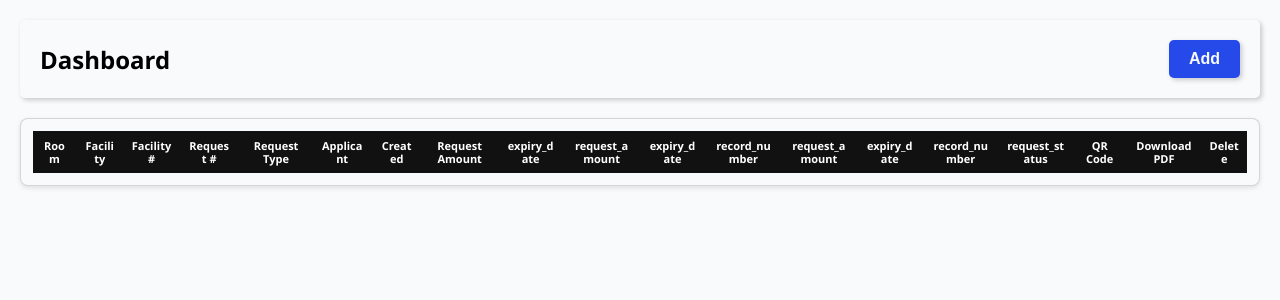
Repository: irfan-shah-sherani/Travel-Tour
Page: public/index.html
These files come from the project's save history. The page is drawn as it stood at one moment and after a run of saves; the edit follows.
The browser window is 1280 px wide. The pictures show the whole page.
The page's requests for data from a server got no answer.

Above is the page before, as saved 2025-07-11 04:54:37.

### public/index.html
<!DOCTYPE html>
<html lang="en">

<head>
  <meta charset="UTF-8" />
  <meta name="viewport" content="width=device-width, initial-scale=1.0" />
  <title>Dashboard</title>
  <link rel="stylesheet" href="index.css" />
  <!-- <link
      rel="stylesheet"
      href="/public/Dashboard.css"
      integrity="sha512-..."
      crossorigin="anonymous"
      referrerpolicy="no-referrer"
    /> -->
</head>

<body>
  <main>
    <!-- main content -->
    <div class="main-content">
      <!-- TOP-nav -->
      <nav class="main-nav">
        <div class="page-name">
          <i class="fas fa-bars"></i>
          <p>Dashboard</p>
        </div>
        <div class="button">
          <button id="addPersonBtn">Add</button>
        </div>
      </nav>

      <!-- main content  end -->
      <div class="table-container">
        <table>
          <tr>
            <th>Room</th>
          <th>Facility</th>
          <th>Facility #</th>
          <th>Request #</th>
          <th>Request Type</th>
          <th>Applicant</th>
          <th>Created</th>
          <th>Request Amount</th>
          <th>expiry_date</th>
          <th>request_amount </th>
          <th>expiry_date</th>
          <th>record_number</th>
          <th>request_amount</th>
          <th>expiry_date</th>
          <th>record_number</th>
          <th>request_status</th>
          <th>QR Code</th>
          <th>Download PDF</th>
          <th>Delete</th>
          </tr>
          <tbody id="person-table-body">
            <!-- JS will populate this -->
          </tbody>
        </table>

        <!-- ✅ Place script here -->
        <script>
  fetch("/api/")
    .then((res) => res.json())
    .then((data) => {
      const tbody = document.getElementById("person-table-body");
      tbody.innerHTML = "";
      data.forEach((record) => {
        const tr = document.createElement("tr");
        tr.innerHTML = `
          <td>${record.record_id}</td>
          <td>${record.room_name}</td>
          <td>${record.facility_name}</td>
          <td>${record.facility_number}</td>
          <td>${record.request_number}</td>
          <td>${record.request_type}</td>
          <td>${record.applicant_name}</td>
          <td>${record.creation_date}</td>
          <td>${record.request_amount}</td>
          <td>${record.expiry_date}</td>
          <td>${record.record_number}</td>
          <td>${record.request_status}</td>
          <td>${record.reference_number}</td>
          <td>${record.passport_number}</td>
          <td>${record.qrcode_url ? `<img src="${record.qrcode_url}" class="qr-img" alt="QR Code">` : "No QR"}</td>
          <td>
            <a href="/api/download-pdf?token=${record.qr_token}">
              <button type="button">Download PDF</button>
            </a>
          </td>
          <td>
            <form action="/delete/${record.qr_token}" method="POST" onsubmit="return confirm('Are you sure you want to delete this record?');">
              <button type="submit">Delete</button>
            </form>
          </td>
        `;

                tbody.appendChild(tr);
              });
            });
        </script>
        </table>
      </div>

      <!-- Trigger Button OUTSIDE -->
      <!-- Add Room Form (initially hidden in CSS or JS) -->
      <div class="add-new add-new-person">
        <h2 class="form-title">Add New Person</h2>
        <form class="person-form" action="/" method="POST">
          <div class="inputForm">
            <!-- Left Side -->
            <div class="left-side">
              <div class="form-group">
                <label for="room_number">Room No </label>
                <input type="text" id="room_number" name="room_number" required />
              </div>

              <div class="form-group">
                <label for="facility_name">Facility Name </label>
                <input type="text" id="facility_name" name="facility_name" required />
              </div>

              <div class="form-group">
                <label for="facility_number">Facility number </label>
                <input type="text" id="facility_number" name="facility_number" required />
              </div>

              <div class="form-group">
                <label for="request_number">Request number </label>
                <input type="number" id="request_number" name="request_number" step="0.01" required />
              </div>

              <div class="form-group">
                <label for="request_type">Request Type</label>
                <input type="text" id="request_type" name="request_type" required />
              </div>
            </div>

            <!-- Center Side -->
            <div class="center-side">
              <div class="form-group">
                <label for="applicant">Applicant</label>
                <input type="text" id="applicant" name="applicant" />
              </div>

              <div class="form-group">
                <label for="created">Created</label>
                <input type="text" id="created" name="created" />
              </div>

              <div class="form-group">
                <label for="amount">Amount</label>
                <input type="text" id="amount" name="amount" />
              </div>

              <div class="form-group">
                <label for="expiry">Expiry</label>
                <input type="text" id="expiry" name="expiry" />
              </div>

              <div class="form-group">
                <label for="record_number">Record number</label>
                <input type="text" id="record_number" name="record_number" />
              </div>
            </div>

            <!-- Right Side -->
            <div class="right-side">
              <div class="form-group">
                <label for="status">Status</label>
                <input type="text" id="status" name="status" />
              </div>

              <div class="form-group">
                <label for="reference_number">Reference number</label>
                <input type="text" id="reference_number" name="reference_number" />
              </div>

              <div class="form-group">
                <label for="passport_number">Passport number</label>
                <input type="text" id="passport_number" name="passport_number" />
              </div>

            </div>
          </div>

          <div class="button-group">
            <button type="button" class="cancelbtn">Cancel</button>
            <button type="submit" class="submit-person-btn">Add Person</button>
          </div>
        </form>
      </div>

    </div>
  </main>
  <script src="index.js"></script>
</body>

</html>

### public/index.css
* {
  margin: 0;
  padding: 0;
  box-sizing: border-box;
}
:root {
  --primary-gradient: linear-gradient(135deg, #667eea 0%, #764ba2 100%);
  --card-shadow: 0 4px 6px rgba(0, 0, 0, 0.1);
  --card-hover-shadow: 0 8px 15px rgba(0, 0, 0, 0.2);
}
body {
  font-family: "Segoe UI", Tahoma, Geneva, Verdana, sans-serif;
  background-color: #f8fafc;
}
main {
  display: flex;
  /* display: flex; */
}
/* .sidebar {
  position: fixed;
  display: flex;
  align-items: center;
  flex-direction: column;
  width: 250px;
  height: 100vh;
  padding: 20px;
  background: var(--primary-gradient);
  border-radius: 10px 0px 0px 10px;
  color: #f8fafc;
}
.cross-icon {
  display: none;
  justify-content: right;
  color: #f8fafc;
  font-size: 2rem;
  cursor: pointer;
}
.logo {
  display: flex;
  align-items: center;
  gap: 10px;
  margin-bottom: 10px;
  border-bottom: 1px solid rgba(255, 255, 255, 1);
  padding-bottom: 20px;
}
.logo p {
  font-size: 24px;
  font-weight: 600;
}
.sidebar img {
  display: block;
  width: 50px;
  height: 50px;
  object-fit: cover;
  object-position: center;
  border-radius: 5px;
}
.logo hr {
  width: 100px;
  height: 2px;
  color: rgba(255, 255, 255, 0.1);
}
.links ul li {
  list-style: none;
  margin: 5px;
}
.links ul li a {
  display: flex;
  padding-left: 20px;
  align-items: center;
  width: 200px;
  height: 50px;
  text-decoration: none;
  gap: 10px;
  border-radius: 10px;
  transition: all 0.3s ease;
  color: rgba(255, 255, 255, 0.85);
}
.links ul li a:hover {
  background-color: rgba(255, 255, 255, 0.1);
  transform: translateX(5px);
}
.links ul li a.active {
  background-color: rgba(255, 255, 255, 0.1);
  transform: translateX(5px);
} */
/* main content */
.main-content {
  display: flex;
  /* margin-left: 250px; */
  flex-direction: column;
  background-color: #f8fafc;
  width: 100%;
  padding: 20px;
  gap: 20px;
}
.main-content nav {
  display: flex;
  justify-content: space-between;
  align-items: center;
  border-radius: 5px;
  width: 100%;
  background-color: #f8fafc;
  padding: 20px;
  box-shadow: 2px 2px 5px rgba(0, 0, 0, 0.2);
}
.page-name {
  display: flex;
  align-items: center;
  gap: 10px;
}
.page-name p {
  font-size: 24px;
  font-weight: 600;
}
.page-name i {
  display: none;
  cursor: pointer;
  font-size: 24px;
  font-weight: 600;
}
.button {
  display: flex;
  align-items: center;
  gap: 10px;
}
.button button {
  padding: 10px 20px;
  border-radius: 5px;
  border: none;
  background-color: #264ae9;
  color: #f8fafc;
  font-size: 16px;
  font-weight: 600;
  box-shadow: 2px 2px 5px rgba(0, 0, 0, 0.2);
  cursor: pointer;
  transition: all 0.05s ease-in-out;
}
.button button:hover {
  transform: translateY(2px);
}

/* table */
/* General Table Styling */
.table-container {
  width: 100%;
  overflow-x: auto;
  background-color: #f8fafc;
  border-radius: 8px;
  border: 1px solid rgba(0, 0, 0, 0.15);
  box-shadow: 0 2px 5px rgba(0, 0, 0, 0.1);
  padding: 12px;
  box-sizing: border-box;
}

/* Table Reset */
table {
  width: 100%;
  border-collapse: collapse;
  font-size: 11px;
  table-layout: auto;
}

/* Table Header */
.table-container table th {
  background-color: #111;
  color: #fff;
  font-weight: 600;
  font-size: 11px;
  padding: 8px;
  text-align: center;
  vertical-align: middle;
  white-space: normal;
  line-height: 1.2;
  word-break: break-word;
}

/* Force words like "Request Number" to wrap into 2 lines */
.table-container table th {
  max-width: 90px;
}

/* Table Body */
.table-container table td {
  white-space: nowrap;
  text-align: center;
  vertical-align: middle;
  padding: 8px 6px;
}

/* Row Hover Effect */
.table-container table tr:hover {
  background-color: #e2e8f0;
  transition: background-color 0.2s;
}

/* Button Styling */
.btn {
  padding: 4px 8px;
  font-size: 10px;
  border-radius: 4px;
  border: none;
  cursor: pointer;
  transition: 0.2s;
}

/* Delete Button */
.delete-form {
  border: 1px solid #ef4444;
  color: #ef4444;
  background: transparent;
}
.delete-form:hover {
  background-color: #fee2e2;
}

/* Download Button (optional styling) */
.download-btn {
  background-color: #2563eb;
  color: white;
  border: none;
}
.download-btn:hover {
  background-color: #1d4ed8;
}

.add-new {
  display: none;
  width: 80%;
  max-height: 90vh; /* limit height */
  overflow-y: auto;  /* enable scroll if content too tall */
  position: absolute;
  top: 50%;
  left: 50%;
  transform: translate(-50%, -50%);
  background-color: white;
  padding: 20px;
  border-radius: 8px;
  box-shadow: 0 0 10px rgba(0, 0, 0, 0.5);
  font-family: Arial, sans-serif;
  z-index: 10;
}

.form-title {
  font-size: 24px;
  font-weight: 600;
  margin-bottom: 10px;
}

/* Reduce spacing */
.person-form {
  display: flex;
  flex-direction: column;
  gap: 10px;
}

.inputForm {
  display: flex;
  justify-content: space-between;
  gap: 20px;
}

/* Equal columns */
.left-side,
.center-side,
.right-side {
  flex: 1;
}
label {
  font-size: 14px;
  font-weight: 500;
  margin-bottom: 5px;
}
/* Compact input spacing */
.form-group {
  display: flex;
  flex-direction: column;
  margin-bottom: 10px;
}

input,
textarea,
select {
  padding: 5px;
  font-size: 16px;
}

/* Buttons */
.button-group {
  display: flex;
  justify-content: flex-end;
  gap: 10px;
  margin-top: 0px;
}

button {
  padding: 8px;
  font-size: 13px;
  border: none;
  border-radius: 5px;
  cursor: pointer;
}

.cancel-person-btn {
  background-color: #6c757d;
  color: white;
}

.submit-person-btn {
  background-color: #007bff;
  color: white;
}

/* Responsive */
@media (max-width: 768px) {
  .inputForm {
    flex-direction: column;
  }

  .left-side,
  .center-side,
  .right-side {
    width: 100%;
  }
}
.qr-img {
  width: 30px;
  height: 30px;
  object-fit: contain;
  display: block;
}

### public/index.js
const addPersonBtn = document.getElementById("addPersonBtn");
const addNewPerson = document.querySelector(".add-new");
const cancelPersonBtn = document.querySelector(".cancelbtn");
const submitPersonBtn = document.querySelector(".submit-person-btn");

addPersonBtn?.addEventListener("click", () => {
  addNewPerson.style.display = "block";
});

cancelPersonBtn?.addEventListener("click", () => {
  addNewPerson.style.display = "none";
});

submitPersonBtn?.addEventListener("click", () => {
  addNewPerson.style.display = "none";
});

After the next 6 saves:
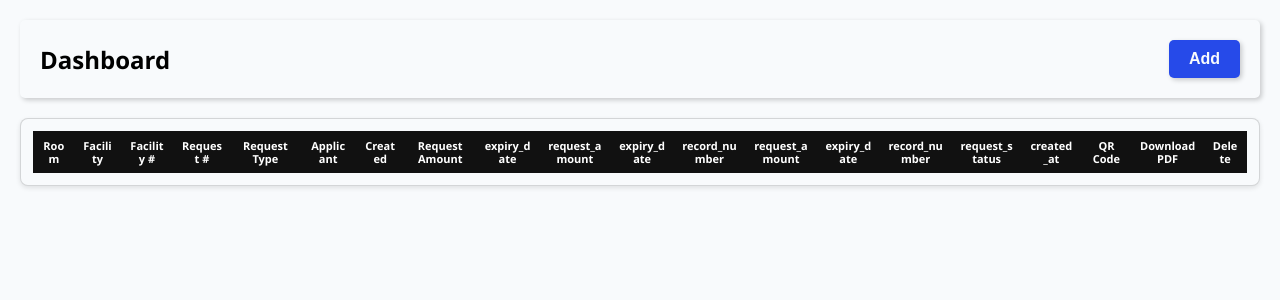
The 6 saves are shown as one change because they came seconds apart.
The last was saved 29 s later.
--- a/public/index.html
+++ b/public/index.html
@@ -50,6 +50,7 @@
           <th>expiry_date</th>
           <th>record_number</th>
           <th>request_status</th>
+          <th>created_at</th>
           <th>QR Code</th>
           <th>Download PDF</th>
           <th>Delete</th>
